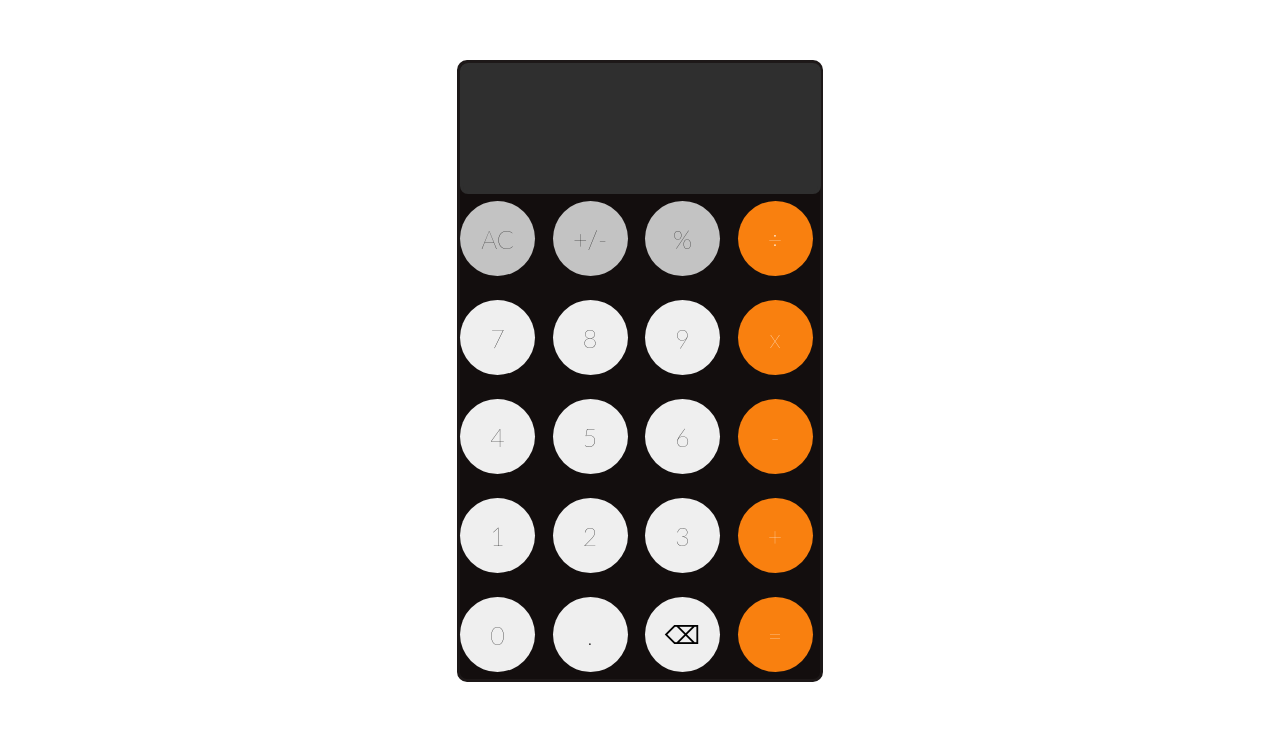
Repository: MhlengiNgubane/BrainnestJsTwo
Page: index.html
These files come from the project's save history. The page is drawn as it stood at one moment and after a run of saves; the edit follows.
The browser window is 1280 px wide. The pictures show the whole page.

Above is the page before, as saved 2022-09-12 08:32:55.

After the next 2 saves:
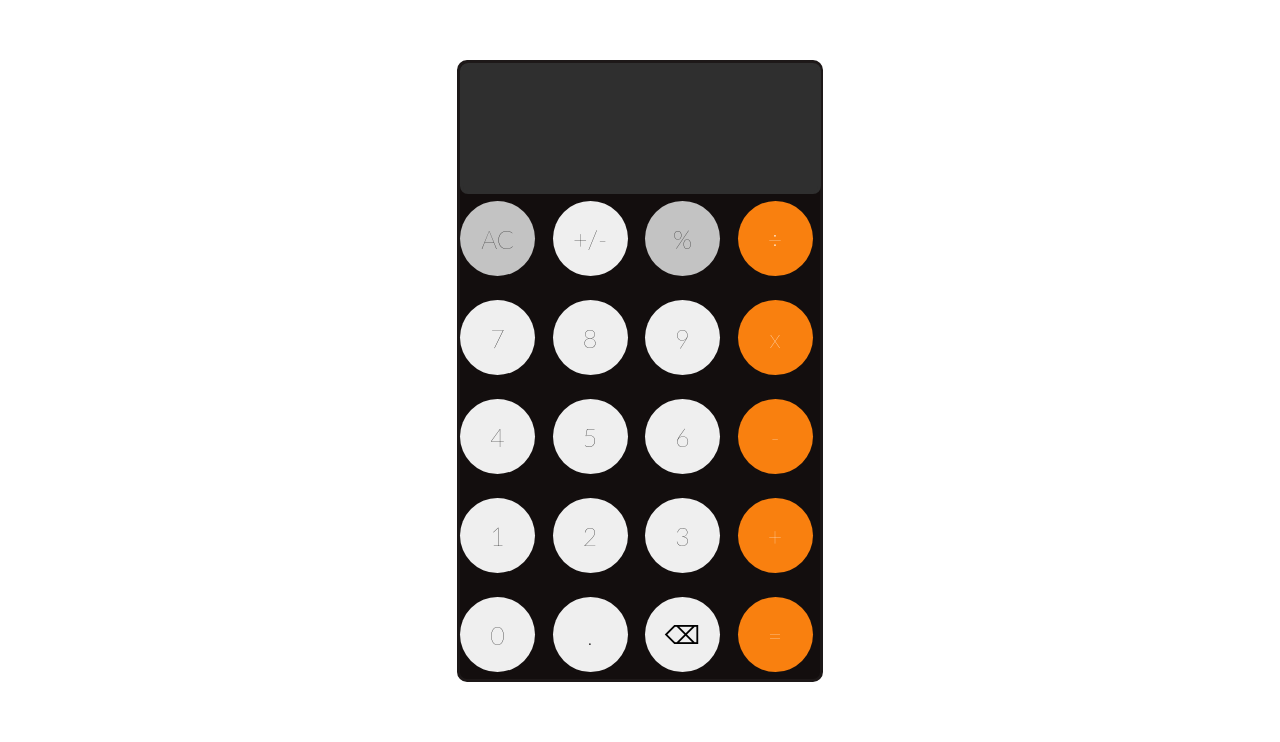
The 2 saves are shown as one change because they came seconds apart.
The last was saved 4 min 27 s later.
--- a/index.html
+++ b/index.html
@@ -13,7 +13,7 @@
             <div class = "display"><p></p></div>
             <div class = "buttons">
                 <button id = "AC" class="clear" value="AC">AC</button>
-                <button id = "plus_minus" value="+/-">+/-</button>
+                <button id = "plusinus" value="+/-">+/-</button>
                 <button id = "percent" value="%">%</button>
                 <button class="operator" value="/">&divide</button>
 

After the save that followed:
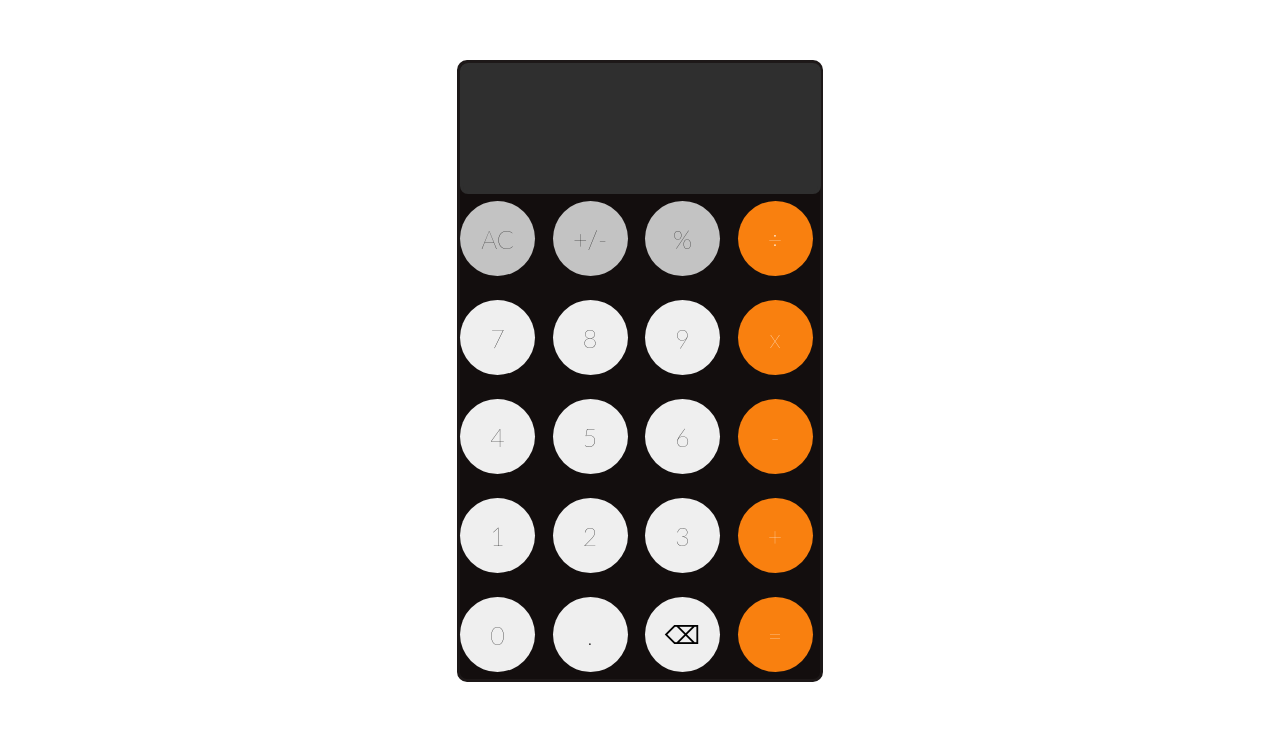
Saved 28 s later.
--- a/index.html
+++ b/index.html
@@ -13,7 +13,7 @@
             <div class = "display"><p></p></div>
             <div class = "buttons">
                 <button id = "AC" class="clear" value="AC">AC</button>
-                <button id = "plusinus" value="+/-">+/-</button>
+                <button id = "plus_minus" value="+/-">+/-</button>
                 <button id = "percent" value="%">%</button>
                 <button class="operator" value="/">&divide</button>
 
